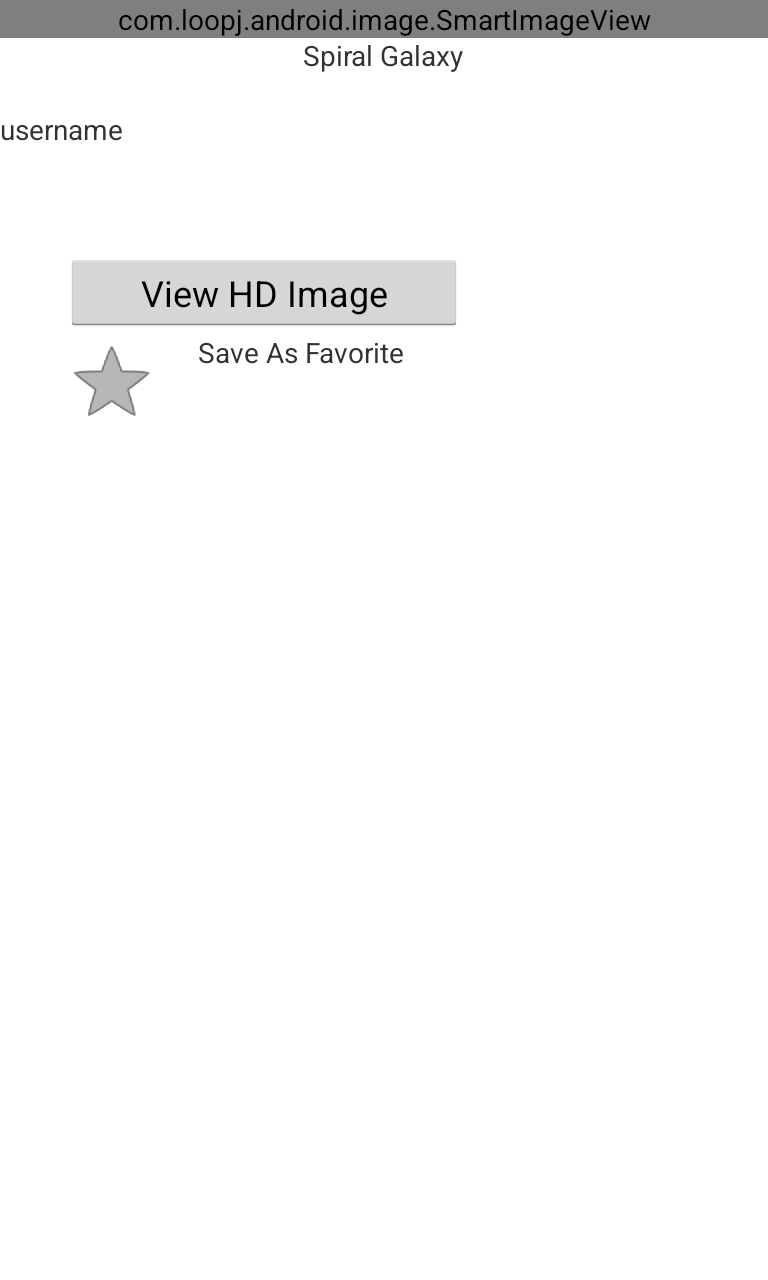
Repository: arianaantonio/Java2_Antonio
Layout: SpaceImageViewer/res/layout/details_activity.xml
An editor plug-in stored every save of this project. The layout is shown before and after the next save, followed by the edit.
Pictures or frames that could not be fetched are drawn as grey boxes. It is drawn on a 768 x 1280 px phone screen (xhdpi) without system bars, with theme AppTheme; the app's code is not run.

Above is the layout before, as saved 2014-07-17 05:19:35.

### SpaceImageViewer/res/layout/details_activity.xml
<?xml version="1.0" encoding="utf-8"?>
<RelativeLayout xmlns:android="http://schemas.android.com/apk/res/android"
    android:layout_width="match_parent"
    android:layout_height="match_parent"
    android:orientation="vertical" >

    <TextView
        android:id="@+id/title"
        android:layout_width="wrap_content"
        android:layout_height="wrap_content"
        android:layout_alignParentTop="true"
        android:layout_centerHorizontal="true"
        android:layout_marginTop="18dp"
        android:text="Spiral Galaxy" />

    <com.loopj.android.image.SmartImageView
        android:id="@+id/my_image"
        android:layout_width="match_parent"
        android:layout_height="wrap_content"
        android:visibility="visible" />

    <Button
        android:id="@+id/button1"
        android:layout_width="wrap_content"
        android:layout_height="wrap_content"
        android:layout_alignRight="@+id/title"
        android:layout_alignTop="@+id/title"
        android:layout_marginTop="108dp"
        android:minHeight="35dp"
        android:text="@string/HDbutton"
        android:width="200dp" />

    <RatingBar
        android:id="@+id/ratingBar"
        android:layout_width="wrap_content"
        android:layout_height="wrap_content"
        android:layout_alignLeft="@+id/button1"
        android:layout_below="@+id/button1"
        android:numStars="1"
        android:rating="0.0"
        android:stepSize="1.0" />

    <TextView
        android:id="@+id/textView1"
        android:layout_width="wrap_content"
        android:layout_height="wrap_content"
        android:layout_alignTop="@+id/ratingBar"
        android:layout_marginLeft="19dp"
        android:layout_toRightOf="@+id/ratingBar"
        android:text="@string/favorite" />

    <LinearLayout
        android:id="@+id/linearLayout1"
        android:layout_width="match_parent"
        android:layout_height="35dp"
        android:layout_alignParentLeft="true"
        android:layout_below="@+id/title"
        android:orientation="vertical" >

        <TextView
            android:id="@+id/userName"
            android:layout_width="wrap_content"
            android:layout_height="wrap_content"
            android:layout_marginTop="18dp"
            android:text="username" />

        <TextView
            android:id="@+id/user"
            android:layout_width="wrap_content"
            android:layout_height="wrap_content"
            android:layout_marginTop="18dp"
            android:layout_below="@+id/title"
            android:text="@string/userString" />

        <TextView
            android:id="@+id/cameraType"
            android:layout_width="wrap_content"
            android:layout_height="wrap_content"
            android:text="cameratype" />

        <TextView
            android:id="@+id/camera"
            android:layout_width="wrap_content"
            android:layout_height="wrap_content"
            android:text="@string/cameraString" />
    </LinearLayout>

</RelativeLayout>

### SpaceImageViewer/res/values/strings.xml
<?xml version="1.0" encoding="utf-8"?>
<resources>

    <string name="app_name">Space Image Viewer</string>
    <string name="action_settings">Settings</string>
    <string name="textview_text">List of images of spiral galaxies</string>
    <string name="detail_view">Details:</string>
    <string name="Description">Image View</string>
    <color name="Purple">#7F00FF</color>
    <color name="Grey">#D8D8D8</color>
    <color name="Aqua">#99FFFF</color>
    <string name="userString">User:</string>
    <string name="cameraString">Camera:</string>
    <string name="HDbutton">View HD Image</string>
    <string name="detailactivity">Details Activity</string>
    <string name="favorite">Save As Favorite</string>


</resources>

Loaded but not shown: SpaceImageViewer/res/values/styles.xml (common file); SpaceImageViewer/res/values-v11/styles.xml (common file); SpaceImageViewer/res/values-v14/styles.xml (common file)

After the next save:
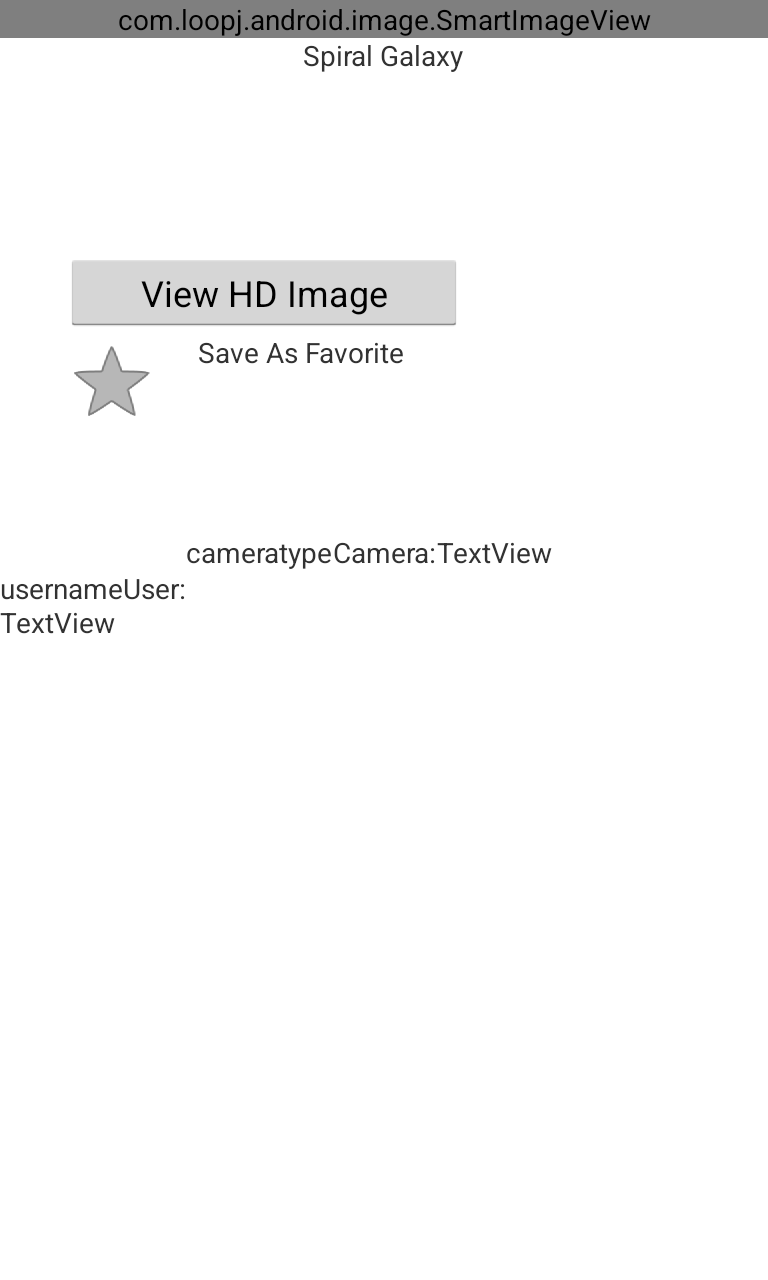
Saved 5 min 16 s later.
--- a/SpaceImageViewer/res/layout/details_activity.xml
+++ b/SpaceImageViewer/res/layout/details_activity.xml
@@ -49,13 +49,22 @@
         android:layout_toRightOf="@+id/ratingBar"
         android:text="@string/favorite" />
 
+    <TextView
+        android:id="@+id/textView2"
+        android:layout_width="wrap_content"
+        android:layout_height="wrap_content"
+        android:layout_alignParentLeft="true"
+        android:layout_below="@+id/linearLayout1"
+        android:text="TextView" />
+
     <LinearLayout
         android:id="@+id/linearLayout1"
         android:layout_width="match_parent"
         android:layout_height="35dp"
         android:layout_alignParentLeft="true"
-        android:layout_below="@+id/title"
-        android:orientation="vertical" >
+        android:layout_below="@+id/ratingBar"
+        android:layout_marginTop="43dp"
+        android:orientation="horizontal" >
 
         <TextView
             android:id="@+id/userName"
@@ -68,8 +77,8 @@
             android:id="@+id/user"
             android:layout_width="wrap_content"
             android:layout_height="wrap_content"
+            android:layout_below="@+id/title"
             android:layout_marginTop="18dp"
-            android:layout_below="@+id/title"
             android:text="@string/userString" />
 
         <TextView
@@ -83,6 +92,12 @@
             android:layout_width="wrap_content"
             android:layout_height="wrap_content"
             android:text="@string/cameraString" />
+
+        <TextView
+            android:id="@+id/textView3"
+            android:layout_width="wrap_content"
+            android:layout_height="wrap_content"
+            android:text="TextView" />
     </LinearLayout>
 
 </RelativeLayout>
